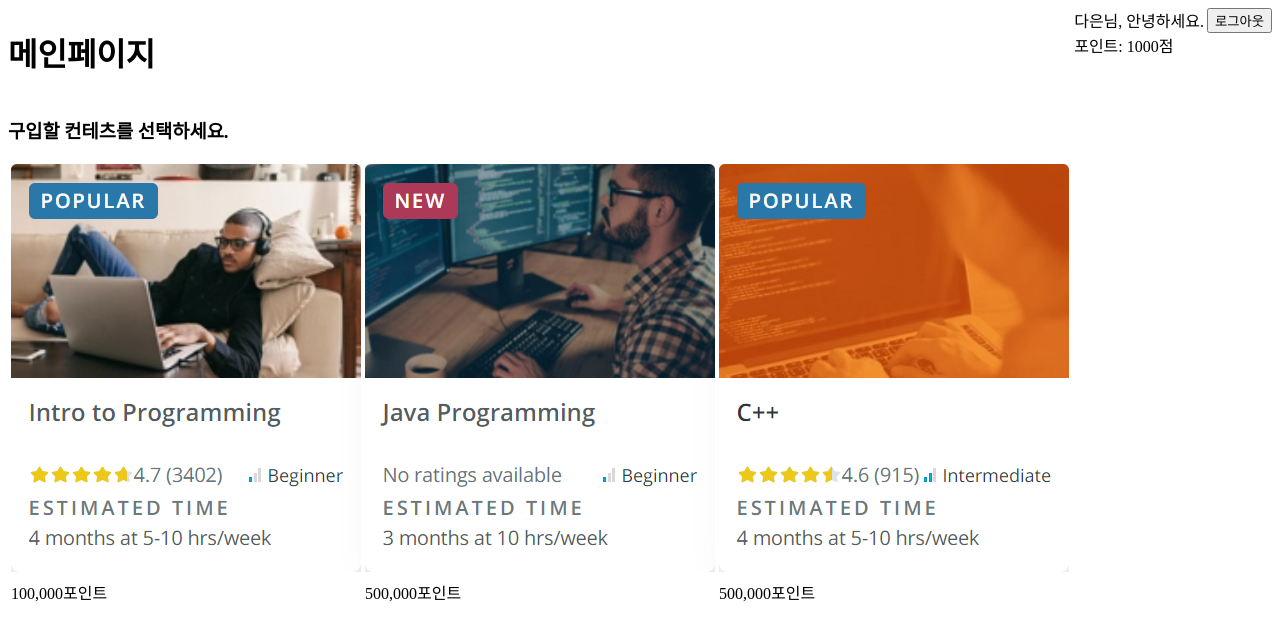
Repository: euniiee/test11
Page: http://localhost/Project/main.jsp
The author's editor kept a copy of each file at every save. The page is drawn from the files as they stood at one save, then again after the next save.
The browser window is 1280 px wide. The pictures show the whole page.
The page is served by Tomcat 9. Other server files are loaded and not shown.

Above is the page before, as saved 2023-02-01 02:22:06.

### Project/WebContent/main.jsp
<%@ page language="java" contentType="text/html; charset=UTF-8"
    pageEncoding="UTF-8"%>
<!DOCTYPE html>
<html>
<head>
<meta charset="UTF-8">
<title>Insert title here</title>
</head>
<body>
<div>
	<header style="display:flex; justify-content: space-between;">
		<h1>메인페이지</h1>
		<div>
			<div style="display:flex;">
				<div style="margin-right:3px">다은님, 안녕하세요. </div>
				<input type="submit" value="로그아웃">
			</div>
			<div>포인트: 1000점 </div>
		</div>
	</header>
	<h3>구입할 컨테츠를 선택하세요.</h3>
	<table>
		<tr>
			<td><img src="Intro_350_408.png"></td>
			<td><img src="Java_350_408.png"></td>
			<td><img src="Cpp_350_408.png"></td>
		</tr>
		<tr>
			<td>100,000포인트</td>
			<td>500,000포인트</td>
			<td>500,000포인트</td>
		</tr>
	</table>
</div>
</body>
</html>

After the next save:
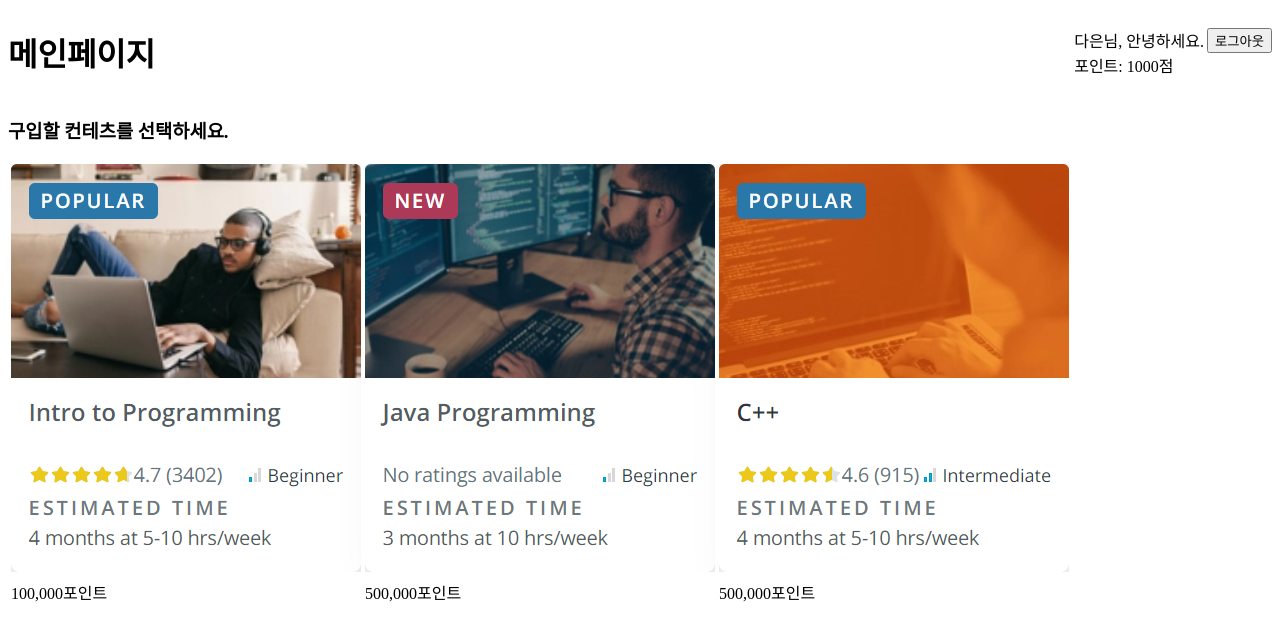
Saved 3 min 35 s later.
--- a/Project/WebContent/main.jsp
+++ b/Project/WebContent/main.jsp
@@ -10,7 +10,7 @@
 <div>
 	<header style="display:flex; justify-content: space-between;">
 		<h1>메인페이지</h1>
-		<div>
+		<div style="margin: auto 0;">
 			<div style="display:flex;">
 				<div style="margin-right:3px">다은님, 안녕하세요. </div>
 				<input type="submit" value="로그아웃">
